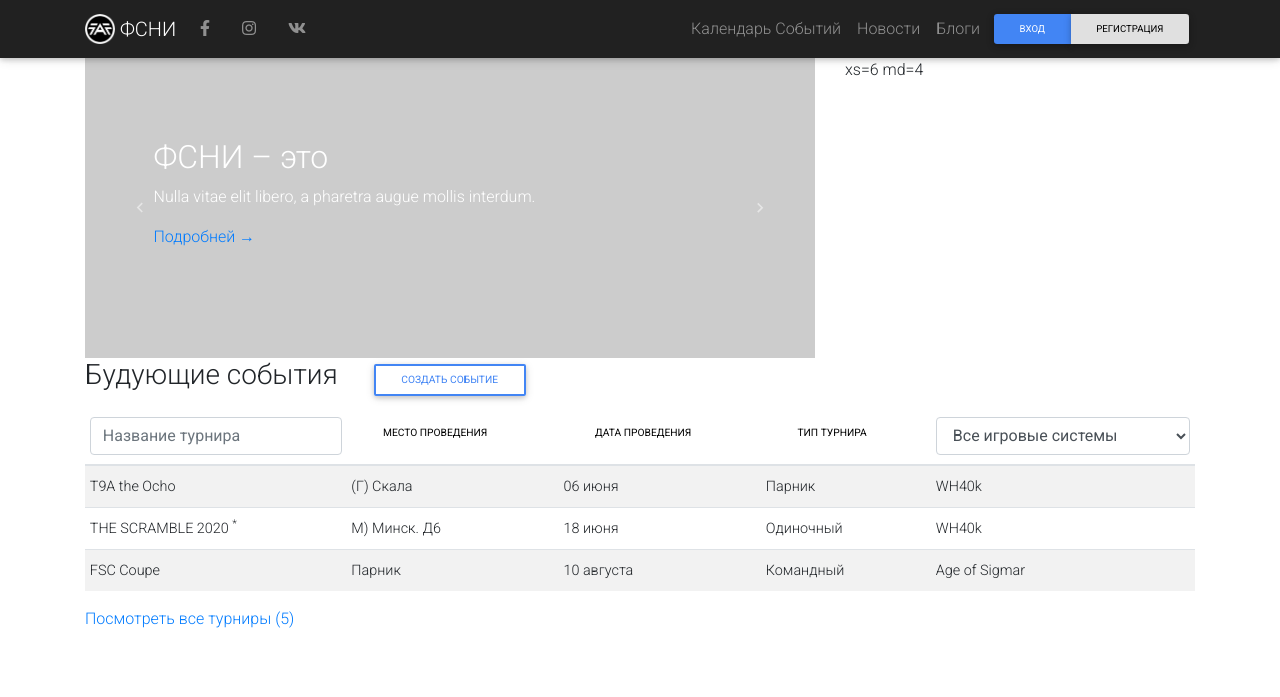
Repository: alexey1986/fsni_test
Page: /
An editor plug-in stored every save of this project. The page is shown before and after the next save, followed by the edit.
The browser window is 1280 px wide. The pictures show the whole page.
The project was rebuilt for these pictures with package versions that can differ from the ones it lists, and the page was loaded fresh each time. Also part of the build but not shown: src/pages/calendar.jsx, src/pages/news.jsx, src/pages/blogs.jsx.

Above is the page before, as saved 2020-09-02 19:00:40.

### src/index.js
import React from 'react';
import ReactDOM from 'react-dom';
import 'bootstrap/dist/css/bootstrap.min.css';
import '@fortawesome/fontawesome-free/css/all.min.css';
//import 'bootstrap-css-only/css/bootstrap.min.css';
import 'mdbreact/dist/css/mdb.css';


import App from './App';
import * as serviceWorker from './serviceWorker';

ReactDOM.render(
  <React.StrictMode>
    <App />
  </React.StrictMode>,
  document.getElementById('root')
);

// If you want your app to work offline and load faster, you can change
// unregister() to register() below. Note this comes with some pitfalls.
// Learn more about service workers: https://bit.ly/CRA-PWA
serviceWorker.unregister();

### src/App.js
import React from 'react';
import { BrowserRouter as Router, Route } from "react-router-dom";
import NavBarComponent from './components/nav/NavBar';
import Home from './pages/home';
import Calendar from './pages/calendar';
import News from './pages/news';
import Blogs from './pages/blogs';

const App = () => {
  return (
    <Router>
      <NavBarComponent></NavBarComponent>
      <Route path="/" exact component={Home} />
      <Route path="/calendar" exact component={Calendar} />
      <Route path="/news" exact component={News} />
      <Route path="/blogs" exact component={Blogs} />
    </Router>
  )
}


export default App;

### src/components/nav/NavBar.jsx
import React from 'react';
import { Link, NavLink } from "react-router-dom";
import { Container, Navbar, Nav, ButtonGroup, Button } from 'react-bootstrap';
import SocialButtons from './SocialButtons';
import logo from './logo.png';

const NavBarComponent = () => {
    return (
        <Navbar bg="dark" expand="lg" variant="dark" sticky="top" >
            <Container>
                <Navbar.Brand as={Link} to='/'>
                    <img
                        alt=""
                        src={logo}
                        width="30"
                        height="30"
                        className="d-inline-block align-top"
                    />{' '}
                    ФСНИ
                </Navbar.Brand>
                <Navbar.Toggle aria-controls="basic-navbar-nav" />
                <Navbar.Collapse id="basic-navbar-nav">
                    <SocialButtons />
                    <Nav>
                        <Nav.Link as={NavLink} to='/calendar'>Календарь Событий</Nav.Link>
                        <Nav.Link as={NavLink} to='/news'>Новости</Nav.Link>
                        <Nav.Link as={NavLink} to='/blogs'>Блоги</Nav.Link>
                    </Nav>
                    <ButtonGroup size="sm" aria-label="login/registration">
                        <Button variant="primary">Вход</Button>
                        <Button variant="light">Регистрация</Button>
                    </ButtonGroup>
                </Navbar.Collapse>
            </Container>
        </Navbar>
    )
}

export default NavBarComponent;

### src/pages/home.jsx
import React from 'react';
import { Container, Row, Col, Button, Table, Form } from 'react-bootstrap';
import CarouselComponent from '../components/carousel/Carousel';


import { Link } from "react-router-dom";

const Home = () => {
    return (
        <Container>
            <section>
                <Row>
                    <Col xs={12} md={8}>
                        <CarouselComponent />
                    </Col>
                    <Col xs={6} md={4}>
                        xs=6 md=4
                </Col>
                </Row>
            </section>

            <section>
                <Row>
                    <Col md="auto">
                        <h3>Будующие события</h3>
                    </Col>
                    <Col>
                        <Button variant="outline-primary" size="sm">Создать Событие</Button>{' '}
                    </Col>
                </Row>

                <Table responsive striped hover size="sm">
                    <thead>
                        <tr>
                            <th>
                                <Form.Control type="text" placeholder="Название турнира" />
                            </th>
                            <th><Button variant="link" size="sm">Место проведения</Button></th>
                            <th><Button variant="link" size="sm">Дата проведения</Button></th>
                            <th><Button variant="link" size="sm">Тип турнира</Button></th>
                            <th>
                                <Form.Control as="select">
                                    <option>Все игровые системы</option>
                                    <option>WH40k</option>
                                    <option>Age of Sigmar</option>
                                </Form.Control>
                            </th>
                        </tr>
                    </thead>
                    <tbody>
                        <tr>
                            <td>T9A the Ocho</td>
                            <td>(Г) Скала</td>
                            <td>06 июня</td>
                            <td>Парник</td>
                            <td>WH40k</td>
                        </tr>
                        <tr>
                            <td>
                                THE SCRAMBLE 2020 <sup>*</sup></td>
                            <td>М) Минск. Д6</td>
                            <td>18 июня</td>
                            <td>Одиночный</td>
                            <td>WH40k</td>
                        </tr>
                        <tr>
                            <td>FSC Coupe </td>
                            <td>Парник</td>
                            <td>10 августа</td>
                            <td>Командный</td>
                            <td>Age of Sigmar</td>
                        </tr>
                    </tbody>
                </Table>

                <Link to='/'>Посмотреть все турниры (5)</Link>


            </section>
        </Container>
    )
}

export default Home;

### src/components/nav/SocialButtons.jsx
import React from 'react';
import { Nav } from 'react-bootstrap';
import { MDBIcon } from 'mdbreact';

const SocialButtons = () => {
  return (
    <Nav className="mr-auto" >
      <Nav.Link href="#!" className="fb-ic mr-3">
        <MDBIcon fab icon="facebook-f" />
      </Nav.Link>
      <Nav.Link href="#!" className="ins-ic mr-3">
        <MDBIcon fab icon="instagram" />
      </Nav.Link>
      <Nav.Link href="#!" className="vk-ic mr-3">
        <MDBIcon fab icon="vk" />
      </Nav.Link>
    </Nav>
  );
}

export default SocialButtons;

### src/components/carousel/Carousel.jsx
import React from 'react';
import { Carousel } from 'react-bootstrap';
import { Link } from "react-router-dom";
import './styles.css';


class CarouselComponent extends React.Component {
    render() {
        return (
            <Carousel indicators={false}>
                <Carousel.Item>
                    <Carousel.Caption>
                        <h2>ФСНИ – это </h2>
                        <p>Nulla vitae elit libero, a pharetra augue mollis interdum.</p>
                        <p>
                            <Link to='/'>Подробней &#8594;</Link>
                        </p>
                    </Carousel.Caption>
                </Carousel.Item>
                <Carousel.Item>
                    <Carousel.Caption>
                        <h2>ФСНИ – это </h2>
                        <p>Lorem ipsum dolor sit amet, consectetur adipiscing elit. Vivamus magna justo, lacinia eget consectetur sed, convallis at tellus.</p>
                        <p>
                            <Link to='/'>Подробней &#8594;</Link>
                        </p>
                    </Carousel.Caption>
                </Carousel.Item>
                <Carousel.Item>
                    <Carousel.Caption>
                        <h2>ФСНИ – это </h2>
                        <p>Lorem ipsum dolor sit amet, consectetur adipiscing elit. Vivamus magna justo, lacinia eget consectetur sed, convallis at tellus.</p>
                        <p>
                            <Link to='/'>Подробней &#8594;</Link>
                        </p>
                    </Carousel.Caption>
                </Carousel.Item>
            </Carousel>
        )
    }
}

export default CarouselComponent;

### src/components/carousel/styles.css
.carousel-item {
    background: #ccc;
    height: 300px;
}

.carousel-caption {
    top: 20%;
    bottom: auto;
    text-align: left;
}

Loaded but not shown: public/index.html (common file); src/serviceWorker.js (common file)

After the next save:
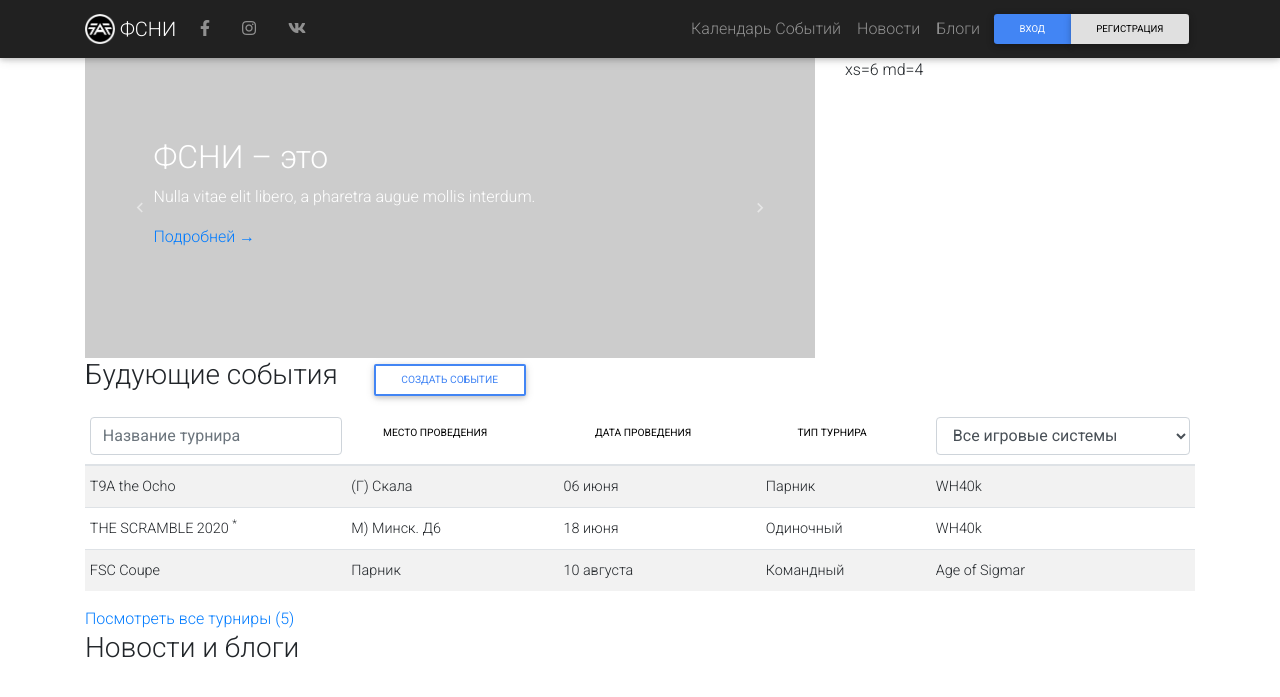
Saved 35 s later.
--- a/src/pages/home.jsx
+++ b/src/pages/home.jsx
@@ -77,6 +77,10 @@
 
 
             </section>
+
+            <section>
+                <h3>Новости и блоги</h3>
+            </section>
         </Container>
     )
 }
